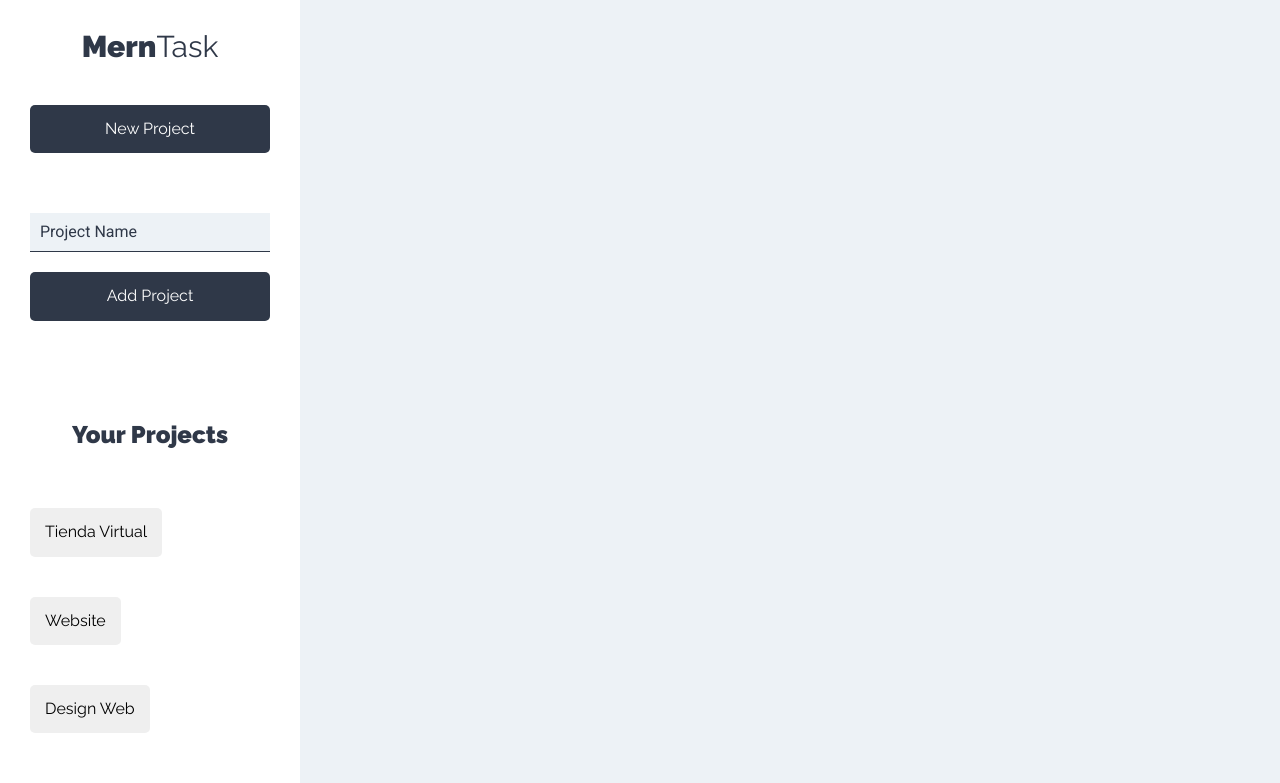
Repository: ppfeliuu/MERN-Task-Client
Page: /projects
An editor plug-in stored every save of this project. The page is shown before and after the next save, followed by the edit.
The browser window is 1280 px wide. The pictures show the whole page.
The project was rebuilt for these pictures with package versions that can differ from the ones it lists, and the page was loaded fresh each time. Also part of the build but not shown: src/components/auth/Login.js, src/components/auth/NewAccount.js.

Above is the page before, as saved 2020-02-15 16:16:55.

After the next save:
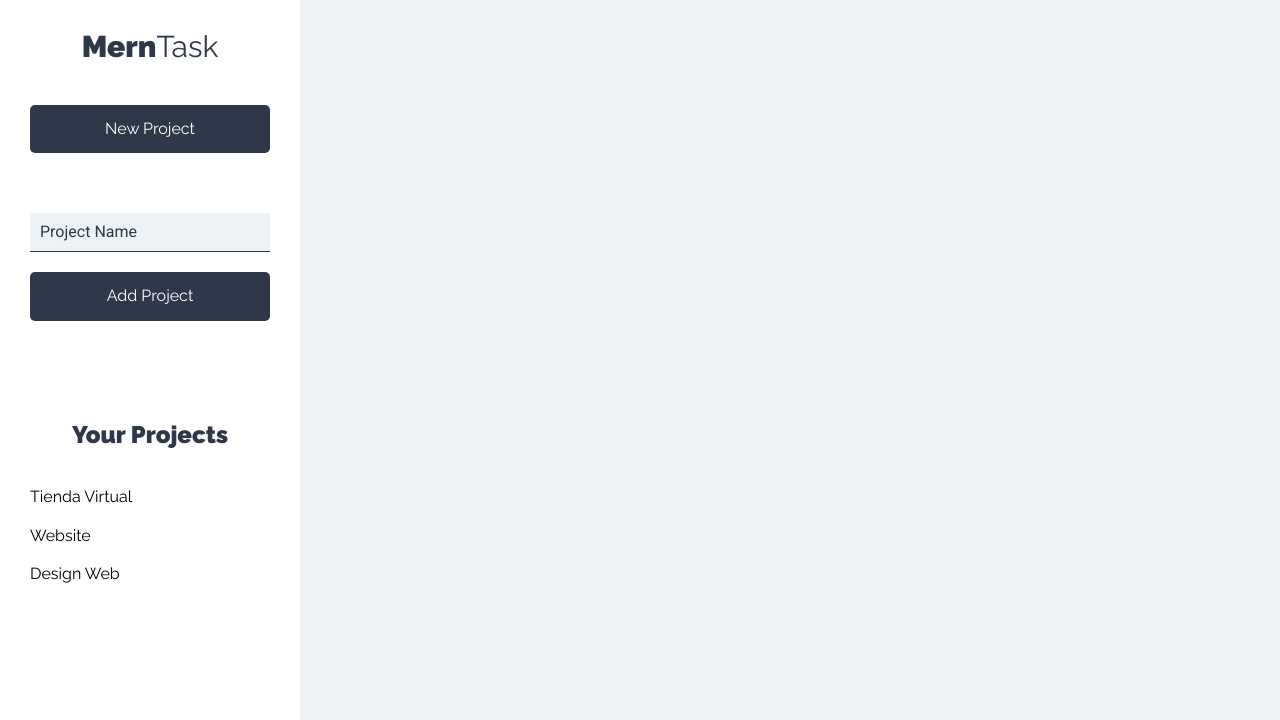
Saved 41 s later.
--- a/src/components/projects/Project.js
+++ b/src/components/projects/Project.js
@@ -3,7 +3,7 @@ import React from 'react'
 const Project = ({project}) => {
     return (
         <li>
-            <button type="button" className="btn btn-black">
+            <button type="button" className="btn btn-blank">
                 {project.name}
             </button>
         </li>
